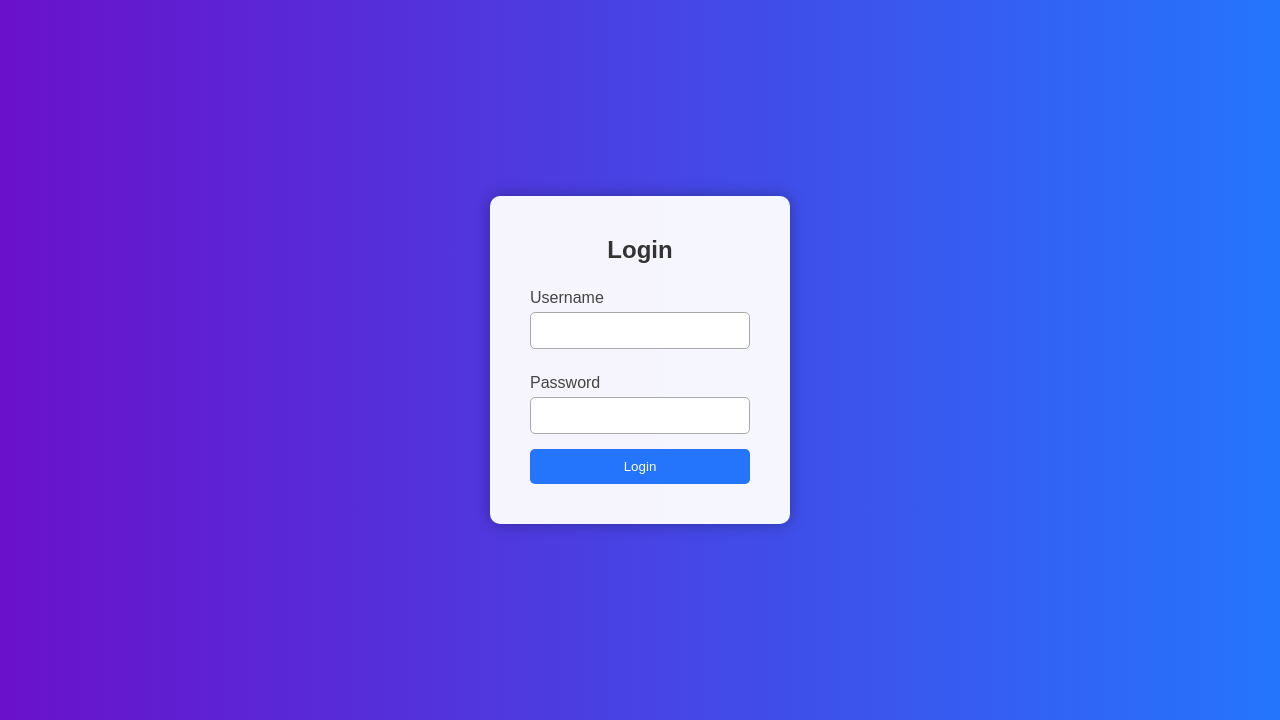
Repository: aboli-vyas/Servlet_Projects
Page: http://localhost/Sevlet_Project/Login.html
The author's editor kept a copy of each file at every save. The page is drawn from the files as they stood at one save, then again after the next save.
The browser window is 1280 px wide. The pictures show the whole page.
The page is served by Tomcat 9. Other server files are loaded and not shown.

Above is the page before, as saved 2025-06-07 12:13:14.

### Sevlet_Project/src/main/webapp/Login.html
<!DOCTYPE html>
<html lang="en">
<head>
  <meta charset="UTF-8">
  <title>Login Form</title>
  <link rel="stylesheet" href="style2.css">
</head>
<body>
<form action="login" method="post">
  <div class="login-container">
    <h2>Login</h2>
      <label for="username">Username</label>
      <input type="text" id="username" name="username" required>

      <label for="password">Password</label>
      <input type="password" id="password" name="password" required>

      <button type="submit">Login</button>

      <p class="error-message" id="error">Password Incorrect</p>
  </div>
    </form>
</body>
</html>

### Sevlet_Project/src/main/webapp/style2.css
* {
  box-sizing: border-box;
  margin: 0;
  padding: 0;
  font-family: Arial, sans-serif;
}

body {
  background: linear-gradient(to right, #6a11cb, #2575fc);
  height: 100vh;
  display: flex;
  justify-content: center;
  align-items: center;
}

.login-container {
  background-color: rgba(255, 255, 255, 0.95);
  padding: 40px;
  border-radius: 10px;
  width: 300px;
  box-shadow: 0 0 15px rgba(0,0,0,0.3);
}

.login-container h2 {
  text-align: center;
  margin-bottom: 25px;
  color: #333;
}

.login-container label {
  display: block;
  margin: 10px 0 5px;
  color: #444;
}

.login-container input {
  width: 100%;
  padding: 10px;
  border: 1px solid #aaa;
  border-radius: 5px;
  margin-bottom: 15px;
}

.login-container button {
  width: 100%;
  padding: 10px;
  background-color: #2575fc;
  color: white;
  border: none;
  border-radius: 5px;
  cursor: pointer;
}

.login-container button:hover {
  background-color: #1a5ed9;
}

.error-message {
  color: red;
  text-align: center;
  display: none; /* Initially hidden */
}

After the next save:
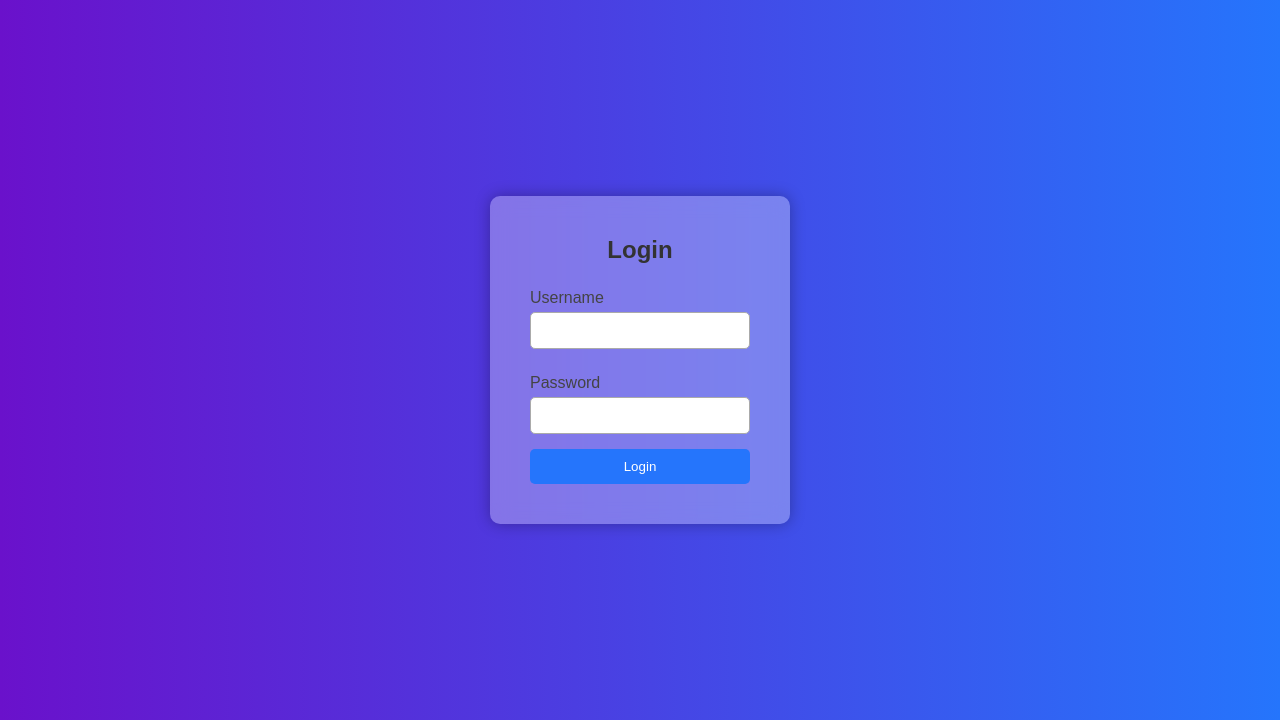
Saved 111 s later.
--- a/Sevlet_Project/src/main/webapp/style2.css
+++ b/Sevlet_Project/src/main/webapp/style2.css
@@ -14,7 +14,8 @@ body {
 }
 
 .login-container {
-  background-color: rgba(255, 255, 255, 0.95);
+  background-color: rgba(255, 255, 255, 0.3); /* semi-transparent */
+  backdrop-filter: blur(10px); /* optional blur */
   padding: 40px;
   border-radius: 10px;
   width: 300px;
